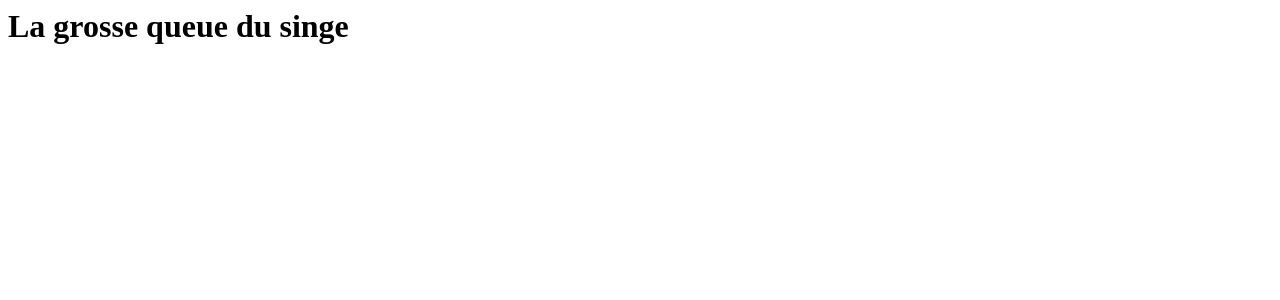
Repository: Kahefsay/javaEE
Page: http://localhost/ApsioTest/toto
These files come from the project's save history. The page is drawn as it stood at one moment and after the next save; the edit follows.
The browser window is 1280 px wide. The pictures show the whole page.
The page is served by Tomcat 9. Other server files are loaded and not shown.

Above is the page before, as saved 2018-01-31 08:32:50.

### ApsioTest/src/com/formation/servlets/Premiere.java
package com.formation.servlets;

import java.io.IOException;
import java.io.PrintWriter;

import javax.servlet.ServletException;
import javax.servlet.annotation.WebServlet;
import javax.servlet.http.HttpServlet;
import javax.servlet.http.HttpServletRequest;
import javax.servlet.http.HttpServletResponse;

public class Premiere extends HttpServlet {
	private static final long serialVersionUID = 1L;

	protected void doGet(HttpServletRequest request, HttpServletResponse response) throws ServletException, IOException {

		response.setContentType("text/html");
		response.setCharacterEncoding("UTF-8");

		PrintWriter out = response.getWriter();

		out.println("<h1>La grosse queue du singe</h1>");
	}
}

After the next save:
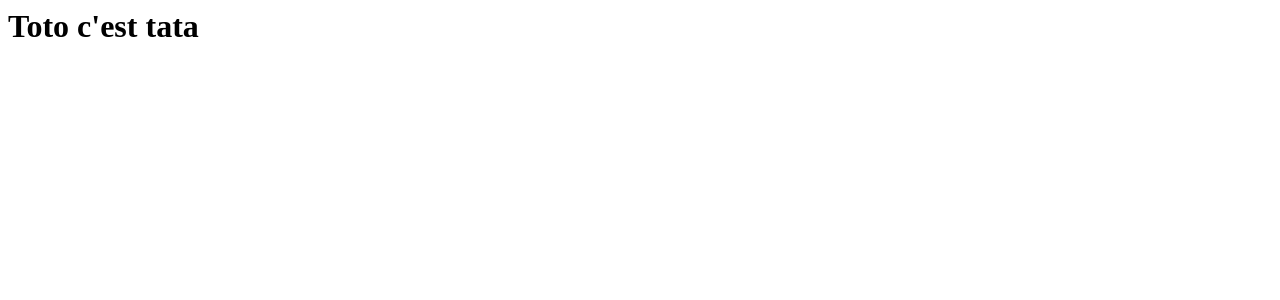
Saved 7 s later.
--- a/ApsioTest/src/com/formation/servlets/Premiere.java
+++ b/ApsioTest/src/com/formation/servlets/Premiere.java
@@ -19,6 +19,6 @@ public class Premiere extends HttpServlet {
 
 		PrintWriter out = response.getWriter();
 
-		out.println("<h1>La grosse queue du singe</h1>");
+		out.println("<h1>Toto c'est tata</h1>");
 	}
 }
